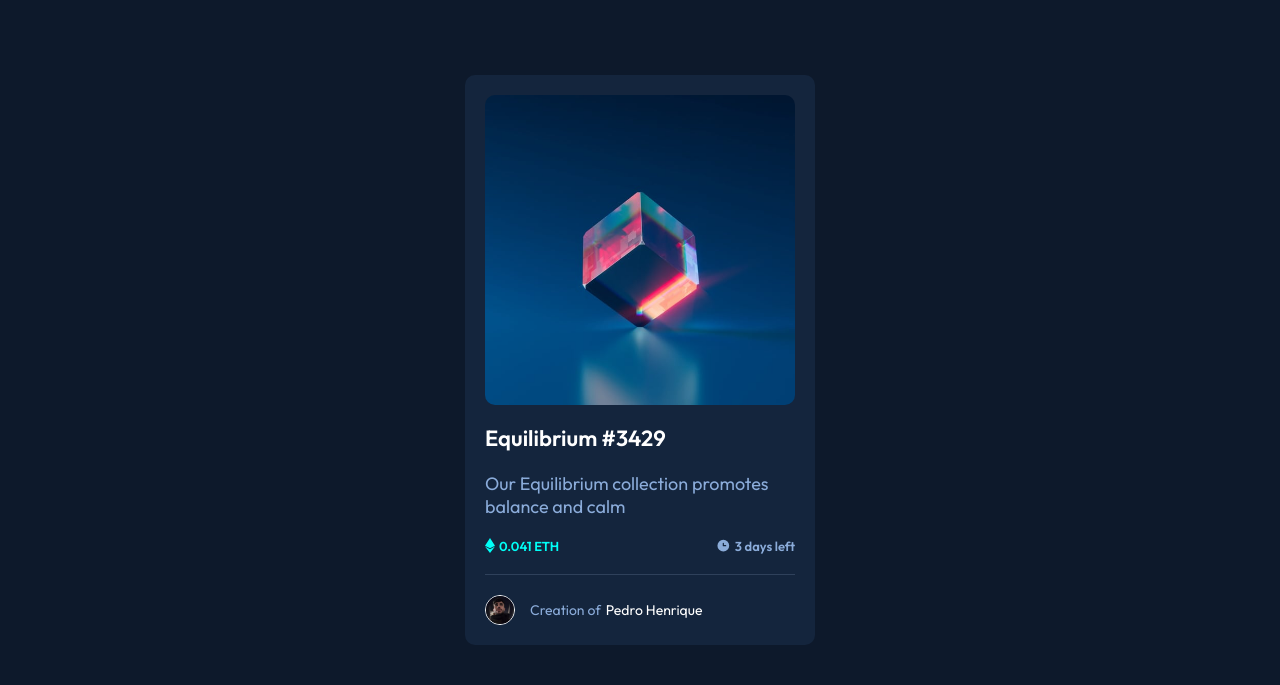
Repository: PedroHEAA/nft
Page: index.html
These files come from the project's save history. The page is drawn as it stood at one moment and after the next save; the edit follows.
The browser window is 1280 px wide. The pictures show the whole page.

Above is the page before, as saved 2022-11-04 19:55:29.

After the next save:
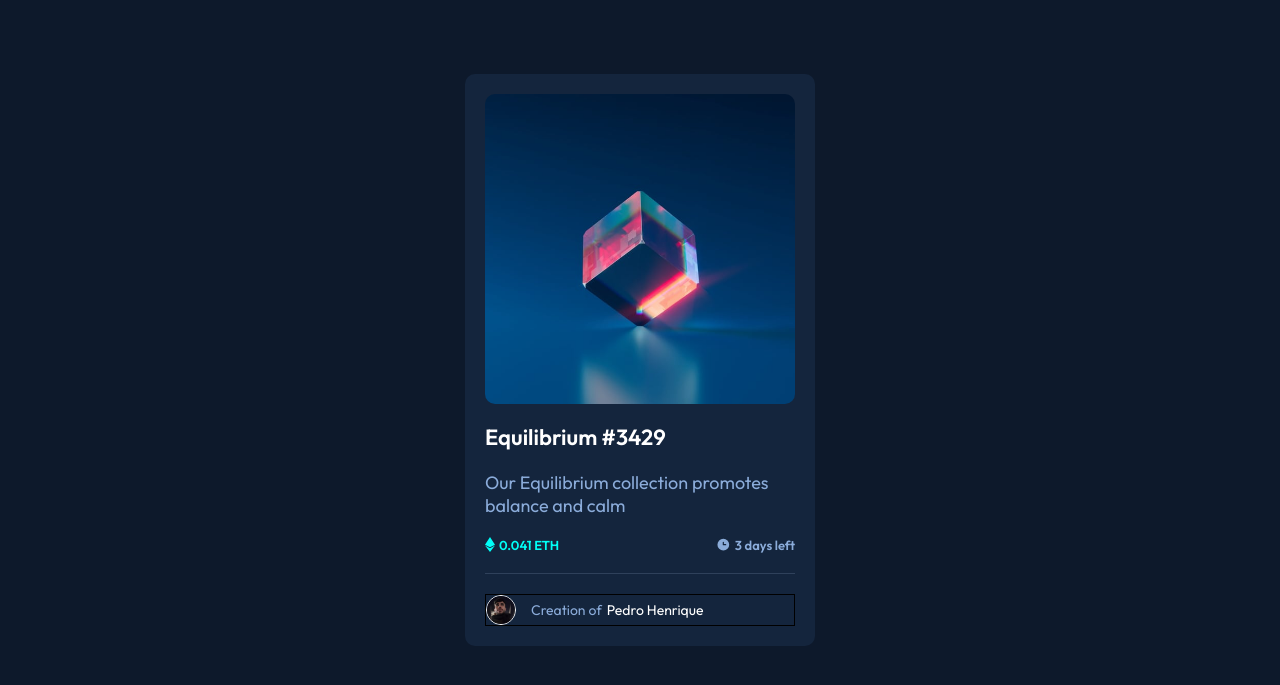
Saved 4 s later.
--- a/src/css/style.css
+++ b/src/css/style.css
@@ -86,7 +86,7 @@
     align-items: center;
     gap: 15px;
     margin-top: 20px;
-    border: ;
+    border: 1px solid ;
 }
 
 .card .creator img{
